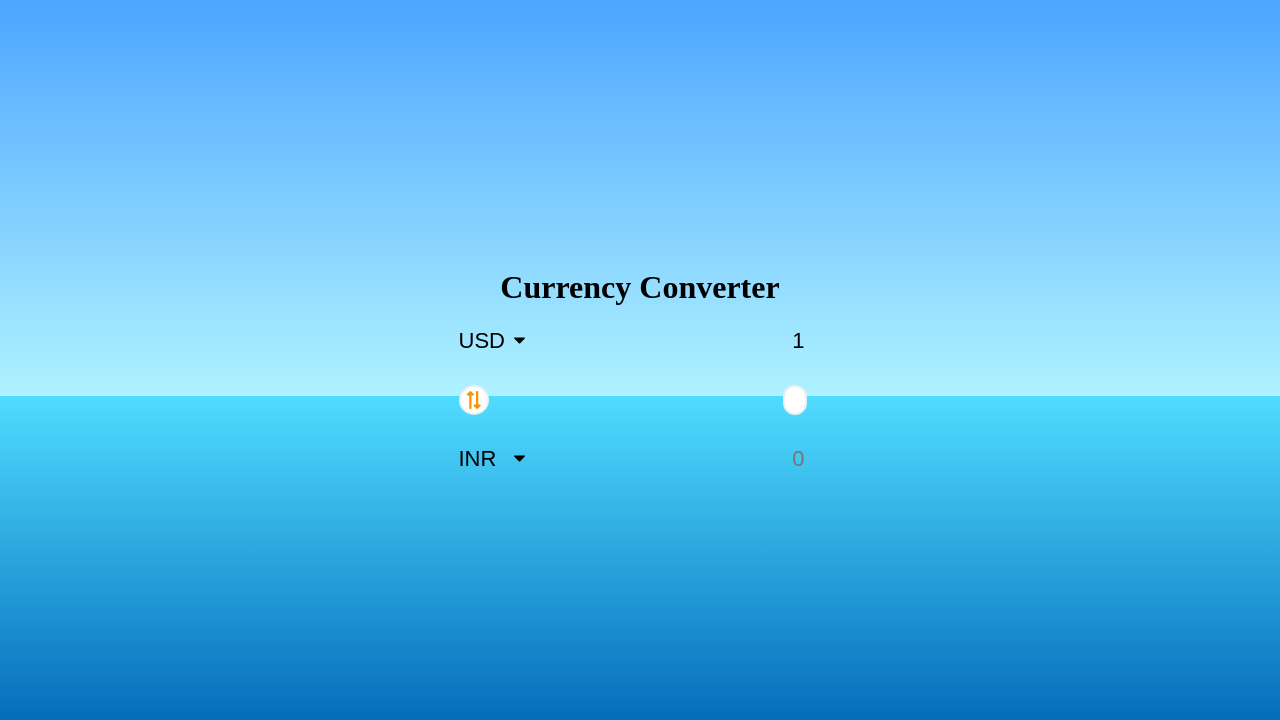
Repository: Sp4ngl3r/Currency-Converter
Page: currency.html
The author's editor kept a copy of each file at every save. The page is drawn from the files as they stood at one save, then again after the next save.
The browser window is 1280 px wide. The pictures show the whole page.
The page's requests for data from a server got no answer. Some web fonts or font styles are not loaded; a fallback is used. Some web libraries are served in a nearby version.

Above is the page before, as saved 2020-04-19 08:54:17.

After the next save:
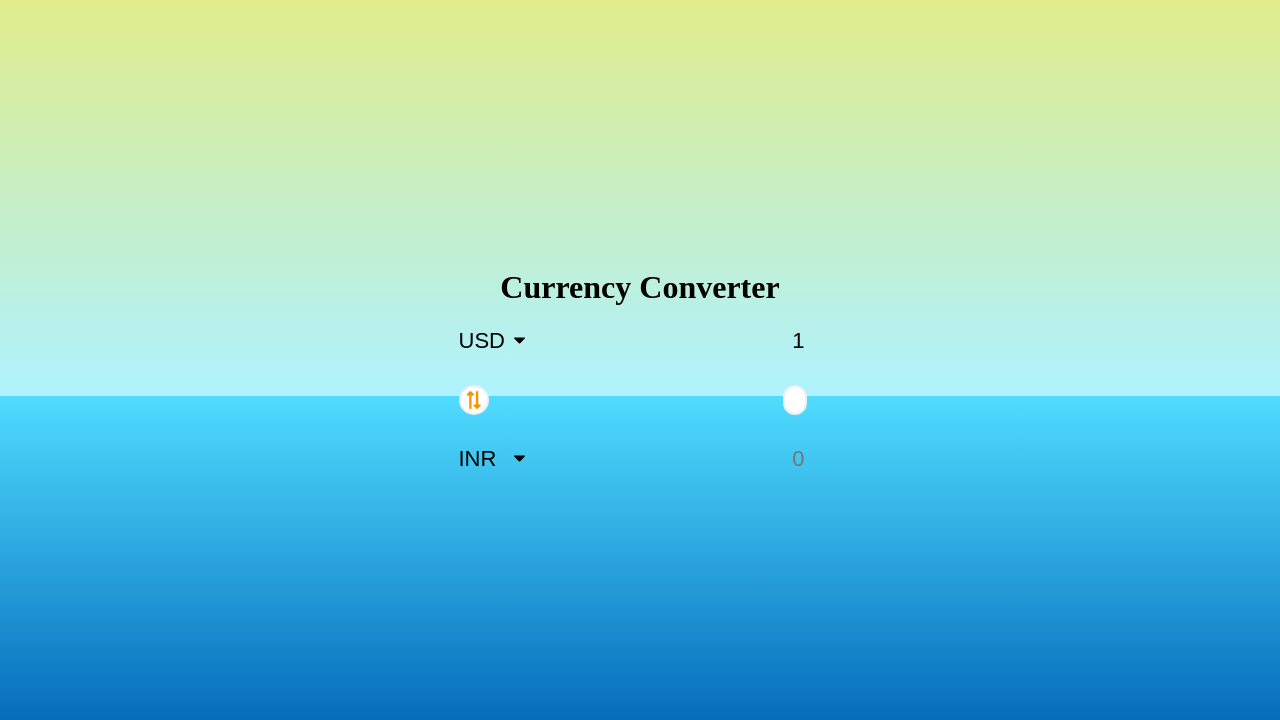
Saved 96 s later.
--- a/currency.css
+++ b/currency.css
@@ -5,7 +5,7 @@
 body {
   background: linear-gradient(
     to bottom,
-    #4da6ff 0%,
+    #e0eb8a 0%,
     #aff2ff 55%,
     #50dcff 55%,
     #056dbb 100%
